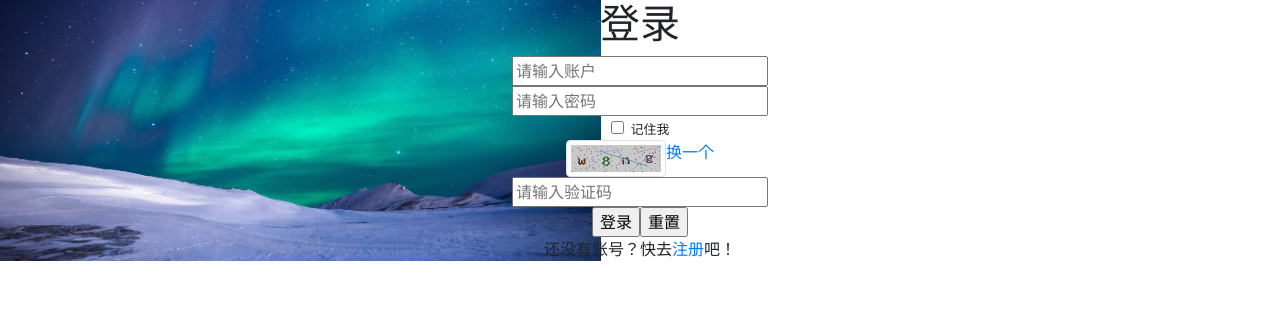
Repository: DHUAVH/Blog
Page: http://localhost/login.php
The author's editor kept a copy of each file at every save. The page is drawn from the files as they stood at one save, then again after the next save.
The browser window is 1280 px wide. The pictures show the whole page.
Some web libraries are served in a nearby version. The page is run by PHP 8.4 with error messages shown; the project is at /var/www/html/.

Above is the page before, as saved 2020-11-29 17:38:06.

### login.php
<!DOCTYPE html>
<html lang="en">
<head>
    <meta charset="UTF-8">
    <meta name="viewport" content="width=device-width, initial-scale=1.0">
    <link rel="stylesheet" type="text/css" href="CSS\blog.css">
    <link rel="stylesheet" href="https://cdn.staticfile.org/twitter-bootstrap/4.3.1/css/bootstrap.min.css">
    <script src="https://cdn.staticfile.org/jquery/3.2.1/jquery.min.js"></script>
    <script src="https://cdn.staticfile.org/popper.js/1.15.0/umd/popper.min.js"></script>
    <script src="https://cdn.staticfile.org/twitter-bootstrap/4.3.1/js/bootstrap.min.js"></script>
    <title>登陆界面</title>

</head>

<body class="background">
    <div class="container">
        <h1 class="text-center">登录</h1>
        <div class="row">
            <div class="col-sm-4 offset-sm-4">    <!--使用网格系统和偏移量设置居中-->
                <form role="form" action="loginAction.php" method="POST">
                    <div class="text-center">
                        <input id="ID" type="text" name="username"
                            value="<?php echo isset($_COOKIE['username']) ? $_COOKIE['username'] : "";?>"  placeholder="请输入账户" required>
                    </div>

                    <div class="text-center">
                        <input type="password" id="lastname" name="password" placeholder="请输入密码" required>
                    </div>

                    <div class="form-check text-center">
                        <label class="form-check-label">
                            <input class="form-check-input" type="checkbox"><small>记住我</small>
                        </label>
                    </div>

                    <span colspan="2" class="text-center" style="color:red;font-size:10px;"></span>
                    <?php
                        $err = isset($_GET["err"]) ? $_GET["err"] : "";
                        switch($err){
                            case 1:
                                // 可取消的警告框
                                echo "<div class='alert alert-danger alert-dismissible fade show' role='alert'>";
                                echo "<strong>用户名或密码错误!请检查用户名或重新输入密码！</strong>";
                                echo "<button type=button' class='close' data-dismiss='alert' aria-label='Close'>";
                                echo "<span aria-hidden='true'>&times;</span>";
                                echo "</button>";
                            break;

                            case 2:
                                // 可取消的警告框
                                echo "<div class='alert alert-waring alert-dismissible fade show' role='alert'>";
                                echo "<strong>警告!用户名和密码不能为空！</strong>";
                                echo "<button type=button' class='close' data-dismiss='alert' aria-label='Close'>";
                                echo "<span aria-hidden='true'>&times;</span>";
                                echo "</button>";
                            break;

                            case 3:
                                // 可取消的警告框
                                echo "<div class='alert alert-danger alert-dismissible fade show' role='alert'>";
                                echo "<strong>验证码错误!请重新输入验证码！</strong>";
                                echo "<button type=button' class='close' data-dismiss='alert' aria-label='Close'>";
                                echo "<span aria-hidden='true'>&times;</span>";
                                echo "</button>";
                            break;
                        }
                    ?>

                    <div class="d-flex justify-content-center">
                        <img id="captcha" src="captcha.php?r=<?php echo rand();?>" width="100" class="img-thumbnail">
                        <a href="javascript:void(0)" onclick="document.getElementById('captcha').src='captcha.php?r='+Math.random()">换一个</a>
                    </div>

                    <div class="text-center">
                        <input type="text" name="authcode" placeholder="请输入验证码" required>
                    </div>

                    <div class="d-flex justify-content-center">
                        <input type="submit" name="login" value="登录">
                        <input type="reset" name="reset" value="重置">
                    </div>

                    <div class="text-center">
                        <span colspan="2" >还没有账号？快去<a href="register.php">注册</a>吧！</span>
                    </div>
                </form>
            </div>
        </div>
    </div>
</body>
</html>

### captcha.php
<?php
  session_start();

  $image = imagecreatetruecolor(100,30);
  $bgcolor = imagecolorallocate($image,200,200,200);
  imagefill($image,0,0,$bgcolor);

  //验证码内容
  $captcha_code = '';
  for($i=0;$i<4;$i++){
      $fontsize = 5;
      $x = ($i*100 / 4) + rand(5,10);
      $y = rand(5,10);
      $data = 'abcdefghkmnprstuvwx345678';
      $str = $data[rand(0,strlen($data))];
      $captcha_code .= $str;
      $fontcolor = imagecolorallocate($image,rand(0,120),rand(0,120),rand(0,120));
      imagestring($image,$fontsize,$x,$y,$str,$fontcolor);
  }

  $_SESSION['authcode'] = $captcha_code;

  //增加点干扰元素
  for($i=0;$i<200;$i++){
      $pointcolor = imagecolorallocate($image,rand(50,200),rand(50,200),rand(50,200));
      imagesetpixel($image,rand(1,99),rand(1,29),$pointcolor);
  }

  //增加线干扰元素
  for($i=0;$i<4;$i++){
      $linecolor = imagecolorallocate($image,rand(80,220),rand(80,220),rand(80,220));
      imageline($image,rand(1,99),rand(1,29),rand(1,99),rand(1,29),$linecolor);
  }


  header('content-type:image/png');    //输出图片的信息
  imagepng($image);   //输出图片

  imagedestroy($image);
?>

### CSS/blog.css
.iradius{
    border-radius: 10px;
    position: relative;
    top: 2px;
    width: 250px;
    height: 40px;
 }

 #result{
    position: absolute;
    top: 58px;
    left: 70px;
    z-index: 999;
    width: 300px;
    height: auto;
    background-color: white;
    border-radius: 5px;
 }

 .background{
    background:url(../images/bg.jpg);
    background-size:contain;
    background-repeat: no-repeat;
}

After the next save:
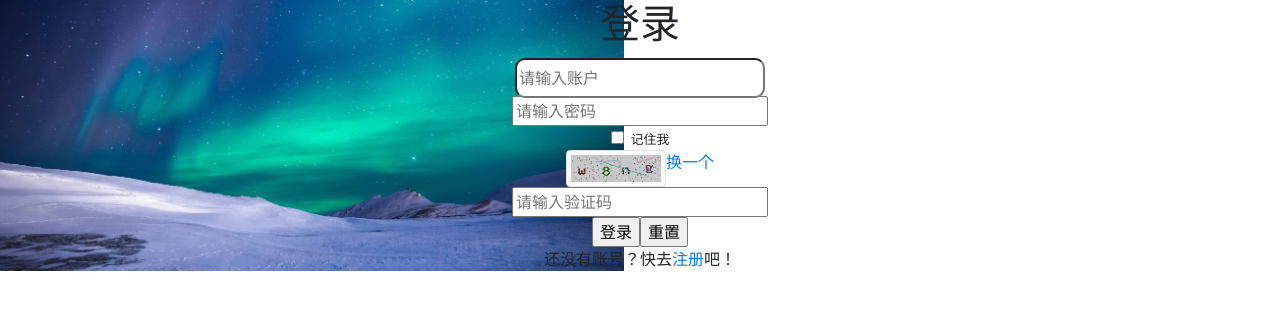
Saved 16 s later.
--- a/login.php
+++ b/login.php
@@ -19,7 +19,7 @@
             <div class="col-sm-4 offset-sm-4">    <!--使用网格系统和偏移量设置居中-->
                 <form role="form" action="loginAction.php" method="POST">
                     <div class="text-center">
-                        <input id="ID" type="text" name="username"
+                        <input class="iradius" id="ID" type="text" name="username"
                             value="<?php echo isset($_COOKIE['username']) ? $_COOKIE['username'] : "";?>"  placeholder="请输入账户" required>
                     </div>
 

After the 2 saves that followed:
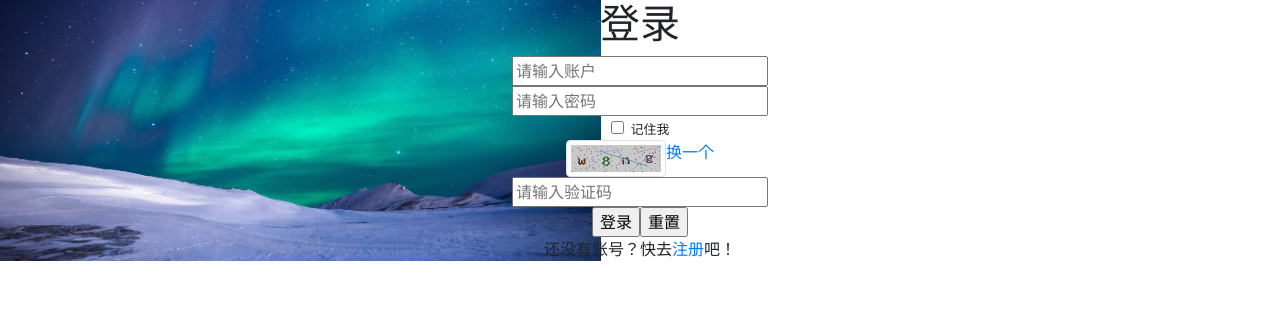
The 2 saves are shown as one change because 1 left the picture as it was.
The last was saved 3 min 35 s later.
--- a/CSS/blog.css
+++ b/CSS/blog.css
@@ -1,4 +1,10 @@
-.iradius{
+.background{
+    background:url(../images/bg.jpg);
+    background-size:contain;
+    background-repeat: no-repeat;
+}
+
+.iradius_1{
     border-radius: 10px;
     position: relative;
     top: 2px;
@@ -16,9 +22,3 @@
     background-color: white;
     border-radius: 5px;
  }
-
- .background{
-    background:url(../images/bg.jpg);
-    background-size:contain;
-    background-repeat: no-repeat;
-}
